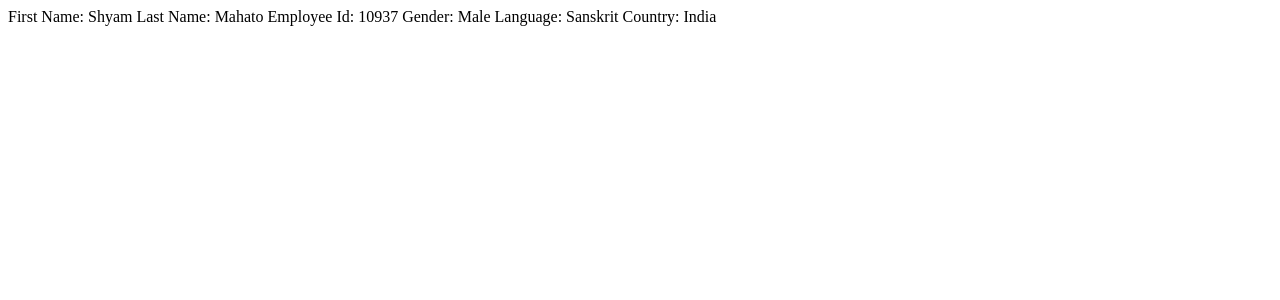
Repository: aman-1998/Full_Stack_Java_Development
Page: http://localhost/Beans_with_webForm_N17/submit_N2.jsp
The author's editor kept a copy of each file at every save. The page is drawn from the files as they stood at one save, then again after the next save.
The browser window is 1280 px wide. The pictures show the whole page.
The page is served by Tomcat 9.

Above is the page before, as saved 2021-10-27 15:12:31.

### Beans_with_webForm_N17/WebContent/submit_N2.jsp
<%@ page language="java" contentType="text/html; charset=ISO-8859-1"
    pageEncoding="ISO-8859-1"%>
<!DOCTYPE html>
<html>
<head>
<meta charset="ISO-8859-1">
<title>Insert title here</title>
</head>
<body>
<jsp:useBean id="employee" class="learning_beans.Employee" scope="session"></jsp:useBean>
<jsp:setProperty property="*" name="employee"/>
First Name: <jsp:getProperty property="firstName" name="employee"/>
Last Name: <jsp:getProperty property="lastName" name="employee"/>
Employee Id: <jsp:getProperty property="empId" name="employee"/>
Gender: <jsp:getProperty property="gender" name="employee"/>
Language: <jsp:getProperty property="language" name="employee"/>
Country: <jsp:getProperty property="country" name="employee"/>
</body>
</html>

### Beans_with_webForm_N17/src/learning_beans/Employee.java
package learning_beans;

public class Employee {
	private String firstName;
	private String lastName;
	private int empId;
	private String gender;
	private String country;
	private String language;

	public Employee() {
		this.firstName = "Shyam";
		this.lastName = "Mahato";
		this.empId = 10937;
		this.gender = "Male";
		this.country = "India";
		this.language = "Sanskrit";
	}

	public String getFirstName() {
		return firstName;
	}

	public void setFirstName(String firstName) {
		this.firstName = firstName;
	}

	public String getLastName() {
		return lastName;
	}

	public void setLastName(String lastName) {
		this.lastName = lastName;
	}

	public int getEmpId() {
		return empId;
	}

	public void setEmpId(int empId) {
		this.empId = empId;
	}

	public String getGender() {
		return gender;
	}

	public void setGender(String gender) {
		this.gender = gender;
	}

	public String getCountry() {
		return country;
	}

	public void setCountry(String country) {
		this.country = country;
	}

	public String getLanguage() {
		return language;
	}

	public void setLanguage(String language) {
		this.language = language;
	}
}

After the next save:
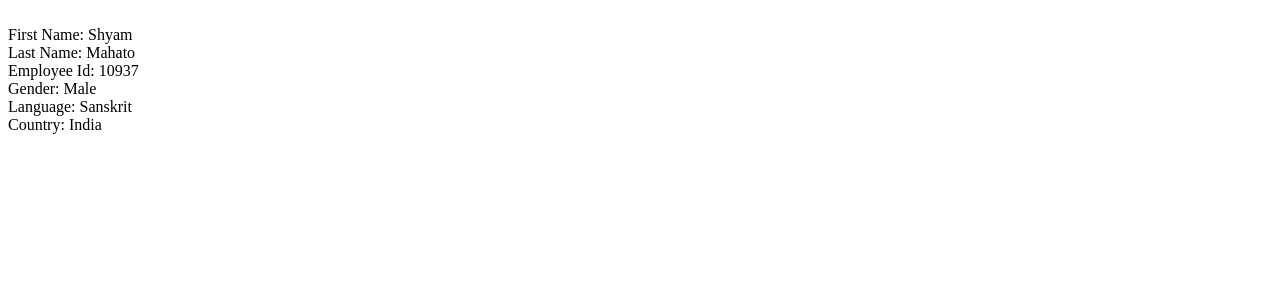
Saved 113 s later.
--- a/Beans_with_webForm_N17/WebContent/submit_N2.jsp
+++ b/Beans_with_webForm_N17/WebContent/submit_N2.jsp
@@ -8,12 +8,12 @@
 </head>
 <body>
 <jsp:useBean id="employee" class="learning_beans.Employee" scope="session"></jsp:useBean>
-<jsp:setProperty property="*" name="employee"/>
-First Name: <jsp:getProperty property="firstName" name="employee"/>
-Last Name: <jsp:getProperty property="lastName" name="employee"/>
-Employee Id: <jsp:getProperty property="empId" name="employee"/>
-Gender: <jsp:getProperty property="gender" name="employee"/>
-Language: <jsp:getProperty property="language" name="employee"/>
-Country: <jsp:getProperty property="country" name="employee"/>
+<jsp:setProperty property="*" name="employee"/><br>
+First Name: <jsp:getProperty property="firstName" name="employee"/><br>
+Last Name: <jsp:getProperty property="lastName" name="employee"/><br>
+Employee Id: <jsp:getProperty property="empId" name="employee"/><br>
+Gender: <jsp:getProperty property="gender" name="employee"/><br>
+Language: <jsp:getProperty property="language" name="employee"/><br>
+Country: <jsp:getProperty property="country" name="employee"/><br>
 </body>
 </html>
